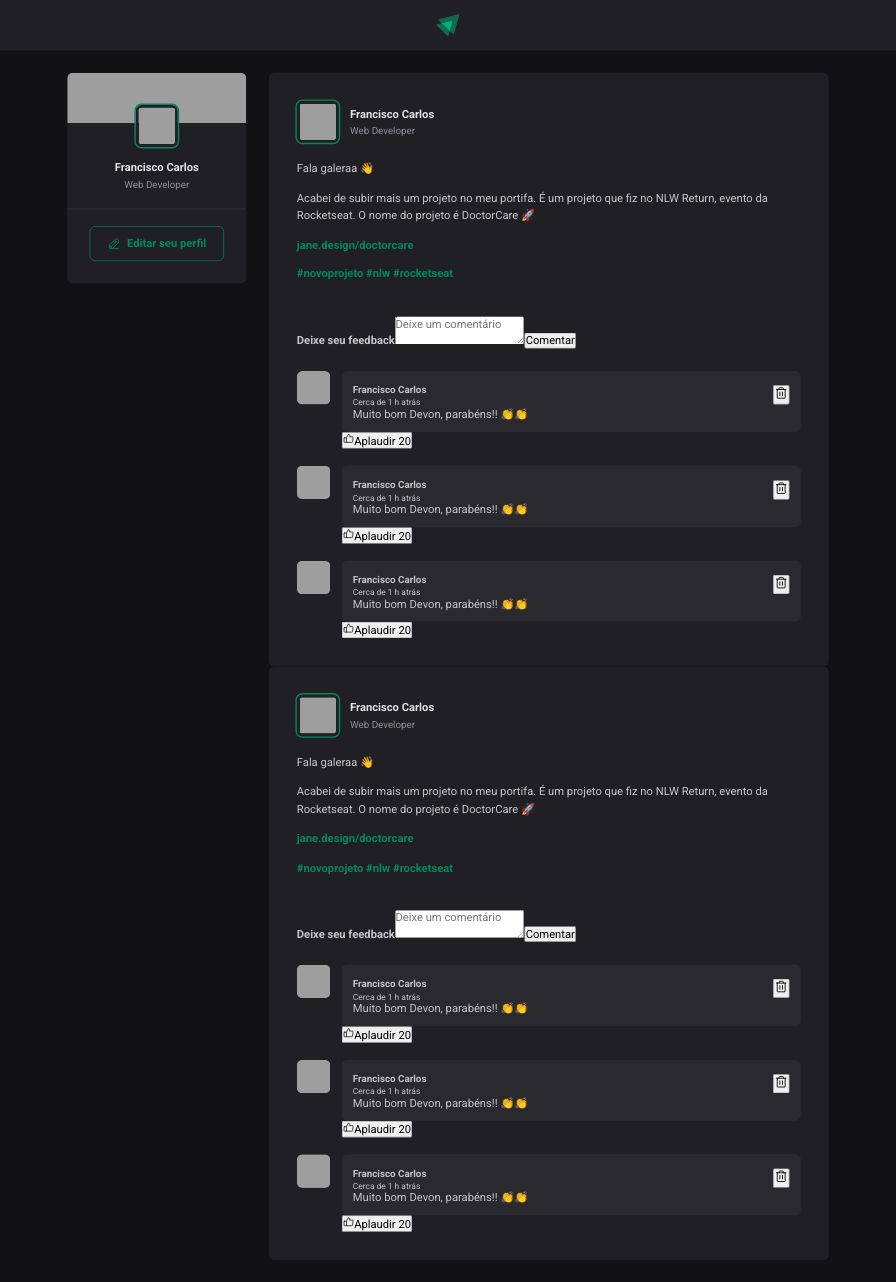
Repository: ch1coon/AulasRocketseat
Page: / (app in Ignite/aulas/01-fundamentos-reactjs/)
An editor plug-in stored every save of this project. The page is shown before and after the next save, followed by the edit.
The browser window is 1280 px wide. The pictures show the whole page, at 70% of full size.
Pictures or frames that could not be fetched are drawn as grey boxes. The project was rebuilt for these pictures with package versions that can differ from the ones it lists, and the page was loaded fresh each time. Also part of the build but not shown: Ignite/aulas/01-fundamentos-reactjs/vite.config.js.

Above is the page before, as saved 2023-08-12 08:36:55.

### Ignite/aulas/01-fundamentos-reactjs/index.html
<!DOCTYPE html>
<html lang="en">
  <head>
    <meta charset="UTF-8" />
    <link rel="preconnect" href="https://fonts.googleapis.com" />
    <link rel="preconnect" href="https://fonts.gstatic.com" crossorigin />

    <link rel="icon" type="image/svg+xml" href="/vite.svg" />
    <meta name="viewport" content="width=device-width, initial-scale=1.0" />

    <link
      href="https://fonts.googleapis.com/css2?family=Roboto:wght@400;700&display=swap"
      rel="stylesheet"
    />
    <title>Vite + React</title>
  </head>
  <body>
    <div id="root"></div>
    <script type="module" src="/src/main.jsx"></script>
  </body>
</html>

### Ignite/aulas/01-fundamentos-reactjs/src/App.jsx
import { Post } from "./components/Post";
import { Header } from "./components/Header";
import { Sidebar } from "./components/Sidebar";

import styles from "./App.module.css";

import "./global.css";

export function App() {
  return (
    <div>
      <Header />

      <div className={styles.wrapper}>
        <Sidebar/>
        <main>
          <Post
            author="Diego Fernandes"
            content="Lorem ipsum dolor sit amet consectetur adipisicing elit. Rerum dolorem fuga odio voluptas voluptate rem dolores earum culpa, voluptatibus id nisi, qui, quae tempore quas facilis numquam blanditiis modi autem."
          />
          <Post
            author="Gabriel Guzzi"
            content="Lorem ipsum dolor sit amet consectetur adipisicing elit. Rerum dolorem fuga odio voluptas voluptate rem dolores earum culpa, voluptatibus id nisi, qui, quae tempore quas facilis numquam blanditiis modi autem."
          />
        </main>
      </div>
    </div>
  );
}

### Ignite/aulas/01-fundamentos-reactjs/src/components/Post.jsx
import { Comment } from "./Comment";
import styles from "./Post.module.css";

export function Post() {
  return (
    <article className={styles.post}>
      <header>
        <div className={styles.author}>
          <img className={styles.avatar} src="https://github.com/ch1coon.png" />
          <div className={styles.authorInfo}>
            <strong>Francisco Carlos</strong>
            <span>Web Developer</span>
          </div>
        </div>

        <time title="11 de Maio às 08:51" dateTime="2023-07-26 08:49:38"></time>
      </header>

      <div className={styles.content}>
        <p>Fala galeraa 👋</p>

        <p>
          Acabei de subir mais um projeto no meu portifa. É um projeto que fiz
          no NLW Return, evento da Rocketseat. O nome do projeto é DoctorCare 🚀
        </p>

        <p>
          <a href="">jane.design/doctorcare</a>
        </p>

        <p>
          <a href="">#novoprojeto</a> <a href="">#nlw</a>{" "}
          <a href="">#rocketseat</a>{" "}
        </p>
      </div>

      <form className={styles.commentForm}>
        <strong>Deixe seu feedback</strong>
        <textarea placeholder="Deixe um comentário" />

        <button type="submit">Comentar</button>
      </form>

      <div className={styles.commentList}>
        <Comment />
        <Comment />
        <Comment />
      </div>
    </article>
  );
}

### Ignite/aulas/01-fundamentos-reactjs/src/components/Header.jsx
import styles from "./Header.module.css";

import igniteLogo from '../assets/Ignite-logo.svg';

export function Header() {
  return (
    <header className={styles.header}>
      <img src={igniteLogo} alt="Logotipo do Ignite" />
    </header>
  );
}

### Ignite/aulas/01-fundamentos-reactjs/src/components/Sidebar.jsx
import { PencilLine } from "phosphor-react";

import styles from "./Sidebar.module.css";

export function Sidebar() {
  return (
    <aside className={styles.sidebar}>
      <img
        className={styles.cover}
        src="https://images.unsplash.com/photo-1571757767119-68b8dbed8c97?ixlib=rb-4.0.3&ixid=M3wxMjA3fDB8MHxwaG90by1wYWdlfHx8fGVufDB8fHx8fA%3D%3D&auto=format&fit=crop&w=500&q=50"
      />
      <div className={styles.profile}>
        <img className={styles.avatar} src="https://github.com/ch1coon.png" />
        <strong> Francisco Carlos</strong>
        <span>Web Developer</span>
      </div>

      <footer>
        <a href="#">
          <PencilLine size={20}/>
          Editar seu perfil
        </a>
      </footer>
    </aside>
  );
}

### Ignite/aulas/01-fundamentos-reactjs/src/App.module.css
.wrapper {
    max-width: 70rem;
    margin: 2rem auto;
    padding: 0 1rem;

    display: grid;
    grid-template-columns: 256px 1fr;
    gap: 2rem;
    align-items: flex-start;

}

### Ignite/aulas/01-fundamentos-reactjs/src/global.css
:root {
    --white: #fff;
    --gray-100: #e1e1e6;
    --gray-300: #c4c4cc;
    --gray-400: #8d8d99;
    --gray-600: #323238;
    --gray-700: #29292e;
    --gray-800: #202024;
    --gray-900: #121214;

    --green-300: #00837E;
    --green-500: #00875f;

}

* {
    margin: 0;
    padding: 0;
    box-sizing: border-box;
}

body {
     background: var(--gray-900);
     color: var(--gray-300);
     -webkit-font-smoothing:antialiased;
}

body, input, textarea, button {
    font-family: 'Roboto', sans-serif;
    font-weight: 400;
    font-size: 1rem;
}

### Ignite/aulas/01-fundamentos-reactjs/src/components/Comment.jsx
import styles from "./Comment.module.css";
import { ThumbsUp, Trash } from "phosphor-react";

export function Comment() {
  return (
    <div className={styles.comment}>
      <img src="https://github.com/ch1coon.png" />

      <div className={styles.commentBox}>
        <div className={styles.commentContent}>
          <header>
            <div className={styles.authorAndTime}>
              <strong>Francisco Carlos</strong>
              <time title="11 de Maio às 08:51" dateTime="2023-07-26 08:49:38">
                Cerca de 1 h atrás
              </time>
            </div>
            <button title="Deletar comentário">
              <Trash size={20} />
            </button>
          </header>

          <p>Muito bom Devon, parabéns!! 👏👏</p>
        </div>
        <footer>
          <button>
            <ThumbsUp />
            Aplaudir <span>20</span>
          </button>
        </footer>
      </div>
    </div>
  );
}

### Ignite/aulas/01-fundamentos-reactjs/src/components/Post.module.css
.post {
  background: var(--gray-800);
  border-radius: 8px;
  padding: 2.5rem;
}

.post + post {
  margin-top: 2rem;
}

.content {
  line-height: 1.6;
  color: var(--gray-300);
  margin-top: 1.5rem;
}

.content p {
  margin-top: 1rem;
}

.content a {
  font-weight: bold;
  color: var(--green-500);
  text-decoration: none;
}

.content a:hover {
  color: var(--green-300);
}

.post > header {
  display: flex;
  align-items: center;
  justify-content: space-between;
}

.post > header time {
  font-size: 0.875rem;
  color: var(--gray-400);
}

.author {
  display: flex;
  align-items: center;
  gap: 1rem;
}

.author img {
  width: calc(3rem + 12px);
  height: calc(3rem + 12px);
  border-radius: 8px;
  border: 4px solid var(--gray-800);
  outline: 2px solid var(--green-500);
}

.authorInfo strong {
  display: block;
  color: var(--gray-100);
  line-height: 1.6;
}

.authorInfo span {
  display: block;
  font-size: 0.875rem;
  color: var(--gray-400);
  line-height: 1.6;
}

.commentForm {
  width: 100%;
  margin-top: 1.5rem;
  padding-top: 1.5rem;
  border-top: 1.5rem;
}

.commentList {
  margin-top: 2rem;
}

### Ignite/aulas/01-fundamentos-reactjs/src/components/Header.module.css
.header {
  background: var(--gray-800);
  display: flex;
  justify-content: center;
  padding: 1.25rem 0 ;
}

.header img {
    height: 2rem;
}

### Ignite/aulas/01-fundamentos-reactjs/src/components/Sidebar.module.css
.sidebar {
  background: var(--gray-800);
  border-radius: 8px;
  overflow: hidden;
}

.cover {
  width: 100%;
  height: 72px;
  object-fit: cover;
}

.profile {
  display: flex;
  flex-direction: column;
  align-items: center;

  margin-top: calc(0px - 1.5rem - 6px);
}

.avatar {
    width: calc(3rem + 12px);
    height: calc(3rem + 12px);
    border-radius: 8px;
    border: 4px solid var(--gray-800);
    outline: 2px solid var(--green-500);
}

.profile strong {
    margin-top: 1rem;
    color: var(--gray-100);
    line-height: 1.6;
}

.profile span {
    font-size: 0.875rem;
    color: var(--gray-400);
    line-height: 1.6;
}

.sidebar footer {
  border-top: 1px solid var(--gray-600);
  margin-top: 1.5rem;
  padding: 1.5rem 2rem 2rem;
}

.sidebar footer a {
  background: transparent;
  color: var(--green-500);
  border: 1px solid var(--green-500);
  border-radius: 8px;
  height: 50px;
  padding: 0 1.5rem;
  font-weight: bold;
  display: block;
  text-decoration: none;
  display: flex;
  align-items: center;
  justify-content: center;

  gap: 0.5rem;

  transition: color 0.1s, background-color 0.1s;
}

.sidebar footer a:Hover {
    background: var(--green-500);
    color: var(--white);
}

### Ignite/aulas/01-fundamentos-reactjs/src/components/Comment.module.css
.comment {
  margin-top: 1.5rem;
  display: flex;
  gap: 1rem;
}

.comment > img {
  width: 3rem;
  height: 3rem;
  border-radius: 8px;
}

.commentBox {
  flex: 1;
}

.commentContent {
  background: var(--gray-700);
  border-radius: 8px;
  padding: 1rem;
}

.commentContent header {
  display: flex;
  align-items: center;
  justify-content: space-between;
}

.authorAndTime strong {
  display: block;
  font-size: 0.875rem;
  line-height: 1.6;
}

.authorAndTime time {
  display: block;
  font-size: 0.75rem;
}

Loaded but not shown: Ignite/aulas/01-fundamentos-reactjs/src/main.jsx (common file)

After the next save:
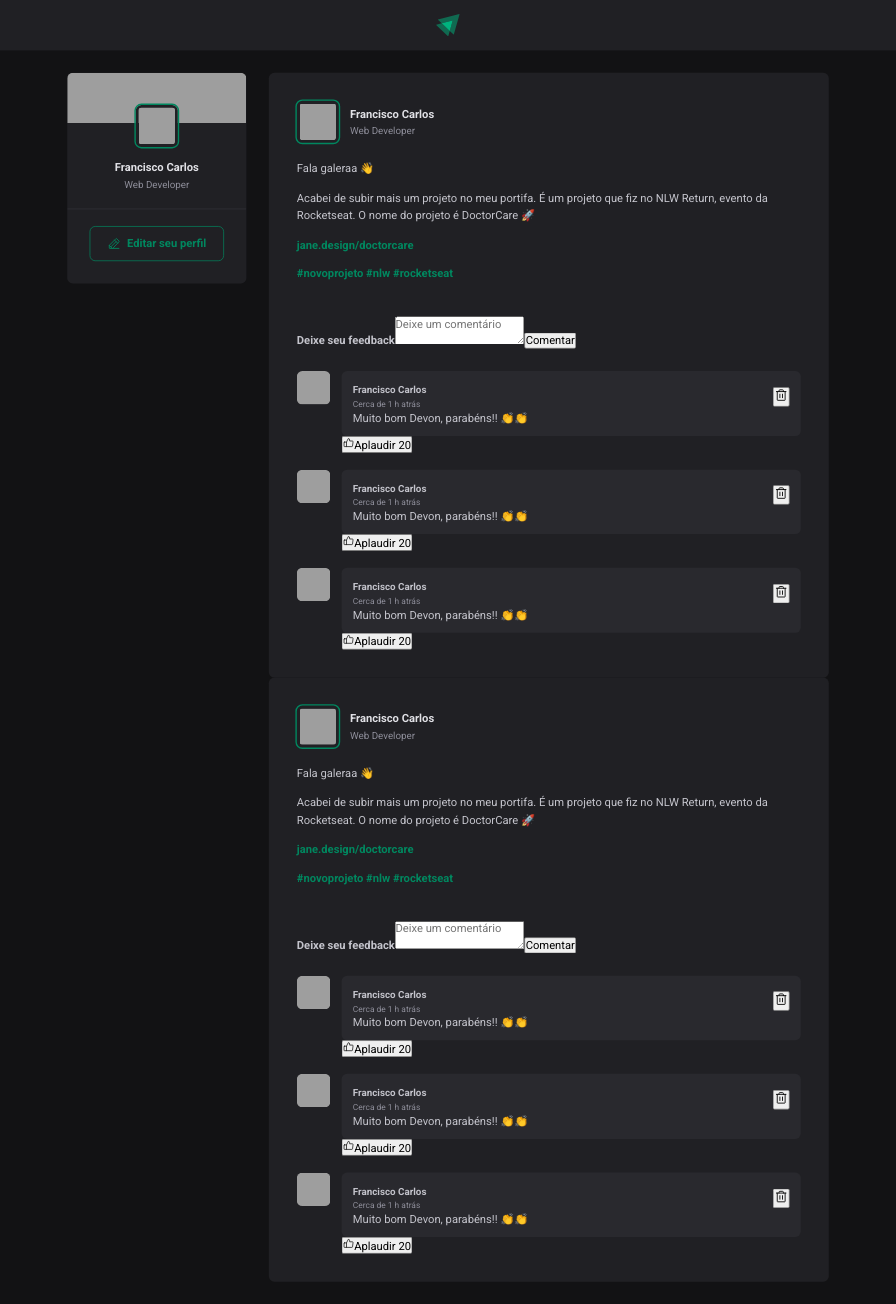
Saved 39 s later.
--- a/Ignite/aulas/01-fundamentos-reactjs/src/components/Comment.module.css
+++ b/Ignite/aulas/01-fundamentos-reactjs/src/components/Comment.module.css
@@ -35,4 +35,6 @@
 .authorAndTime time {
   display: block;
   font-size: 0.75rem;
+  line-height: 1.6;
+  color: var(--gray-400);
 }
